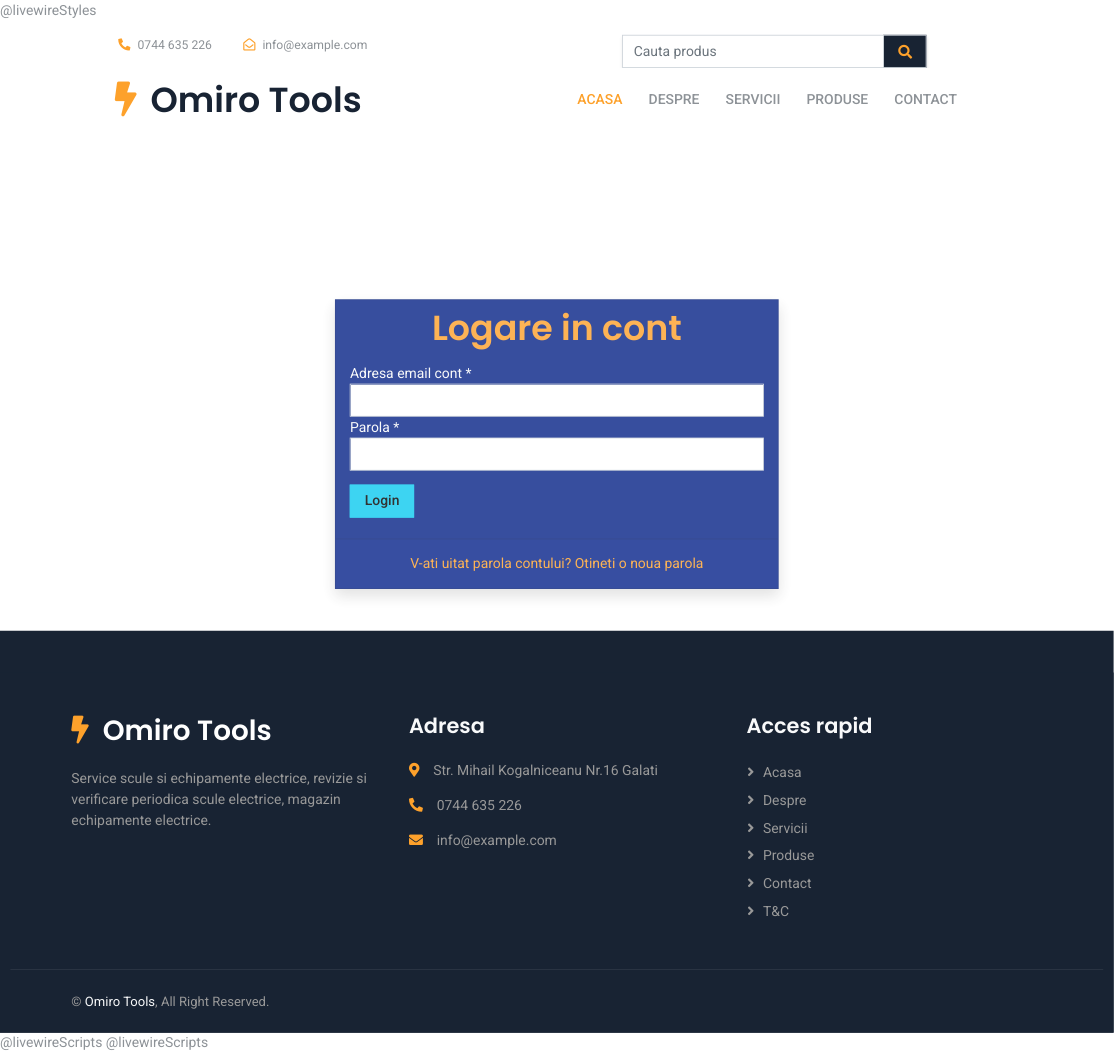
Repository: sorina0109/laravel_test
Page: http://localhost/login
These files come from the project's save history. The page is drawn as it stood at one moment and after the next save; the edit follows.
The browser window is 1280 px wide. The pictures show the whole page, at 87% of full size.
Some web libraries are served in a nearby version. The page is served by the project's Laravel application, run on PHP 8.4 with Laravel 10.

Above is the page before, as saved 2023-08-15 14:54:50.

After the next save:
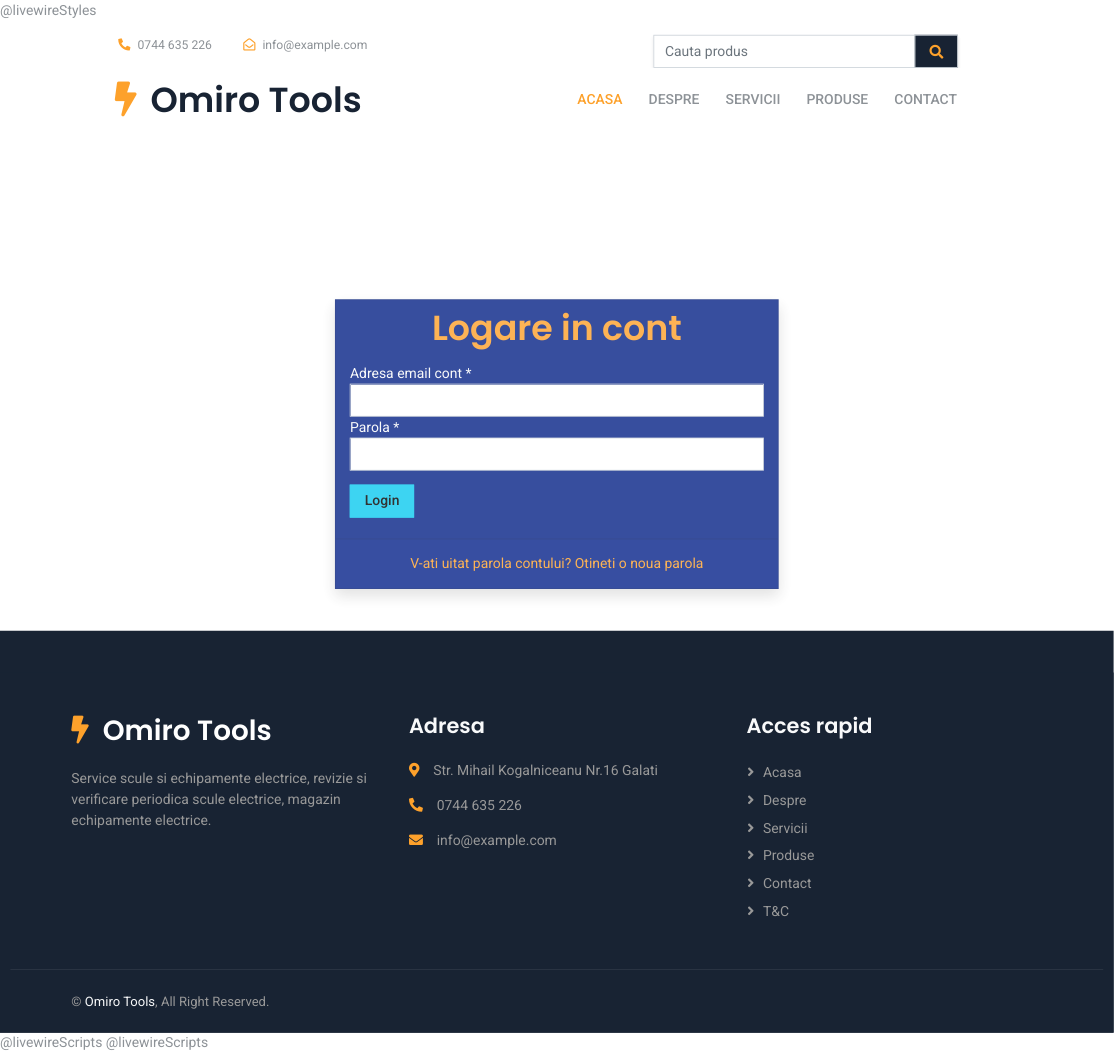
Saved 13 s later.
--- a/resources/views/front/partials/topbar.blade.php
+++ b/resources/views/front/partials/topbar.blade.php
@@ -15,7 +15,7 @@
                 <small>Luni - Vineri : 08.30 - 17.30</small>
             </div>
         </div>
-        <div class="col-lg-5 d-none d-lg-block text-end px-xl-5 pt-3" >
+        <div class="col-lg-5 d-none d-lg-block text-end pt-3" >
             <form style="display: inline-block;" action="{{ route('search') }}" method="GET" id="search-bar">
                 <div class="input-group shadow-sm " style="width: 350px;">
                     <input name="search_product" type="text" class="form-control " placeholder="Cauta produs" >
